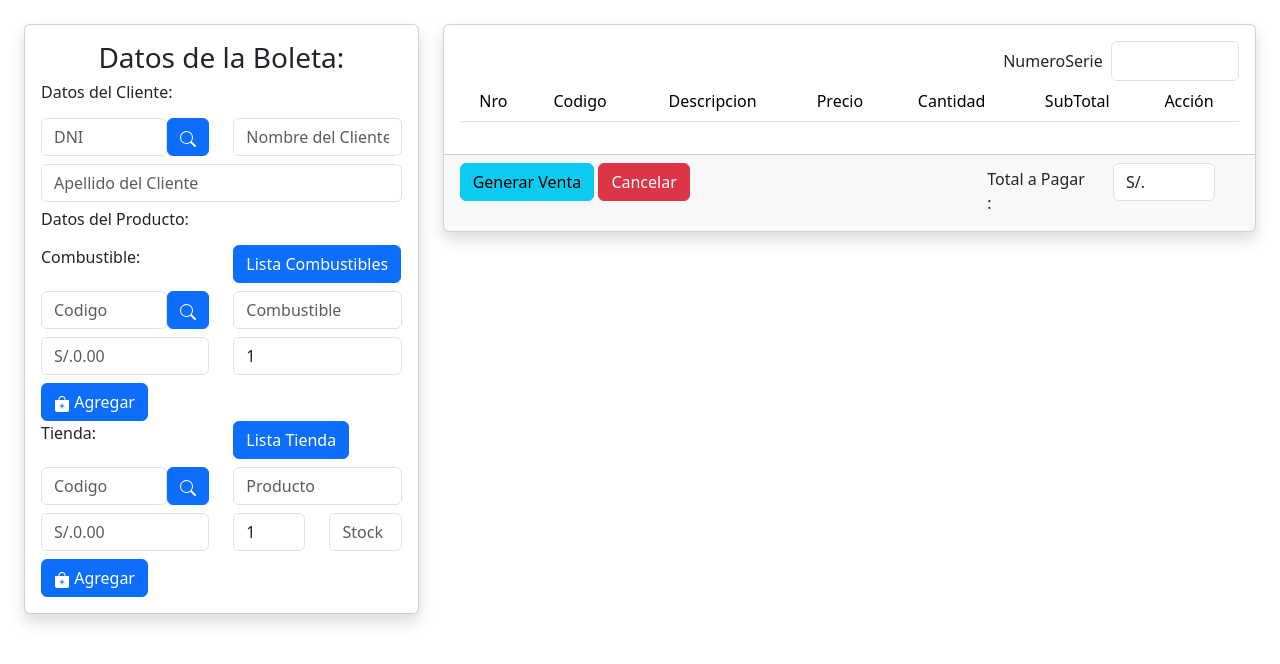
Repository: alexpool1122/evaluaciones
Page: http://localhost/Centenario2023/Ventas.jsp
The author's editor kept a copy of each file at every save. The page is drawn from the files as they stood at one save, then again after the next save.
The browser window is 1280 px wide. The pictures show the whole page.
The page is served by Tomcat 10. Other server files are loaded and not shown. The template is opened directly, without the code that normally fills it, so the values that code supplies are empty.

Above is the page before, as saved 2023-06-27 04:36:15.

### ProyectoFinal/Proyecto/Centenario2023/src/main/webapp/Ventas.jsp
<%@page import="Entidad.Empleado"%>
<%@page import="java.sql.ResultSet"%>
<%@page import="java.sql.PreparedStatement"%>
<%@page import="java.sql.DriverManager"%>
<%@page import="java.sql.Connection"%>
<%@page import="Entidad.Combustible"%>
<%@page import="java.awt.event.ItemEvent"%>
<%@page import="org.apache.tomcat.util.descriptor.tld.TldRuleSet.Variable"%>
<%@page import="org.eclipse.jdt.internal.compiler.ast.ForeachStatement"%>
<%@page import="org.apache.jasper.tagplugins.jstl.core.ForEach"%>
<%@page import="Entidad.Venta"%>
<%@page import="java.util.List"%>
<%@ page language="java" contentType="text/html; charset=ISO-8859-1"
    pageEncoding="ISO-8859-1"%>
<!DOCTYPE html>
<html>
<head>
    <meta charset="utf-8">
    <meta name="viewport" content="width=device-width, initial-scale=1">
    <title>Ventas</title>
    <link href="https://cdn.jsdelivr.net/npm/bootstrap@5.3.0-alpha3/dist/css/bootstrap.min.css" rel="stylesheet" integrity="sha384-KK94CHFLLe+nY2dmCWGMq91rCGa5gtU4mk92HdvYe+M/SXH301p5ILy+dN9+nJOZ" crossorigin="anonymous">
</head>
<body>
	<%
		Class.forName("com.mysql.jdbc.Driver");
		String url = "jdbc:mysql://localhost:3306/BDCentenario23";
		String usuario = "root";
		String clave = "mysql";
		String sql ;
		Connection cn = DriverManager.getConnection(url,usuario,clave) ;
		PreparedStatement pstm ;
		ResultSet rs ;
	%>
	<div class="m-4">
		<div class="row">
			<div class="col-4">
				<div class="card shadow">
					<div class="card-body">
						<h3 class="text-center">Datos de la Boleta:</h3>
						<form action="Controlador?menu=Venta" method="post">
							<div class="form-group row mb-2">
								<h6>Datos del Cliente:</h6>
							</div>
							<div class="form-group row mb-2">
								<div class="col-6 d-flex">
									<input type="text" class="form-control" name="txtDniCliente"id="codCliente" placeholder="DNI" value="${cliente.getDniCliente() }">
									<button type="submit" class="btn btn-primary" value="BuscarCliente" name="accion" id="buscarCliente">
										<svg xmlns="http://www.w3.org/2000/svg" width="16" height="16" fill="currentColor" class="bi bi-search" viewBox="0 0 16 16">
										  <path d="M11.742 10.344a6.5 6.5 0 1 0-1.397 1.398h-.001c.03.04.062.078.098.115l3.85 3.85a1 1 0 0 0 1.415-1.414l-3.85-3.85a1.007 1.007 0 0 0-.115-.1zM12 6.5a5.5 5.5 0 1 1-11 0 5.5 5.5 0 0 1 11 0z"/>
										</svg>
									</button>
								</div>
								<div class="col-6">
										<input type="text" class="form-control" name="txtCliente" value="${cliente.getNomCliente()}" id="nomCliente" placeholder="Nombre del Cliente">
									</div>
								<div class=" mt-2">
									<input type="text" class="form-control" name="txtCliente" value="${cliente.getApeCliente()}" id="nomCliente" placeholder="Apellido del Cliente">
								</div>
							</div>
							<div class="form-group row mb-2">
								<h6>Datos del Producto:</h6>
							</div>
							<div class="form-group row mb-2">
								<div class="col-6">
									<label>Combustible:</label>
								</div>
								<div class="col-6">
									<!-- Button trigger modal -->
									<button type="button" class="btn btn-primary" data-bs-toggle="modal" data-bs-target="#exampleModal">
									  Lista Combustibles
									</button>

									<!-- Modal -->
									<div class="modal fade" id="exampleModal" tabindex="-1" aria-labelledby="exampleModalLabel" aria-hidden="true">
									  <div class="modal-dialog">
									    <div class="modal-content">
									      <div class="modal-header">
									        <h1 class="modal-title fs-5" id="exampleModalLabel">Lista de los Combustibles</h1>
									        <button type="button" class="btn-close" data-bs-dismiss="modal" aria-label="Close"></button>
									      </div>
									      <div class="modal-body">
									        <table class="table">
												<tr>
													<td>Codigo</td>
													<td>Producto</td>
													<td>Capacidad</td>
													<td>Precio</td>
													<td>Estado</td>
												</tr>
												<%
													sql = "select * from productoCombustible";
													pstm = cn.prepareStatement(sql);
													rs = pstm.executeQuery();
													while(rs.next()){
												%>
												<tr>
														<td><%= rs.getString(1) %></td>
														<td><%= rs.getString(2) %></td>
														<td><%= rs.getDouble(3) %></td>
														<td><%= rs.getDouble(4) %></td>
														<td><%= rs.getString(5) %></td>
												</tr>
												<%} %>
											</table>
									      </div>
									      <div class="modal-footer">
									        <button type="button" class="btn btn-danger" data-bs-dismiss="modal">Cerrar</button>
									      </div>
									    </div>
									  </div>
									</div>
								</div>
							</div>
							<div class="form-group row mb-2">
								<div class="col-6 d-flex">
									<input type="text" class="form-control" name="txtCodigo" placeholder="Codigo" value="${combustible.getCodProdComb() }">
									<button type="submit" class="btn btn-primary" value="BuscarCombustible" name="accion" id="buscarCombustible">
										<svg xmlns="http://www.w3.org/2000/svg" width="16" height="16" fill="currentColor" class="bi bi-search" viewBox="0 0 16 16">
										  <path d="M11.742 10.344a6.5 6.5 0 1 0-1.397 1.398h-.001c.03.04.062.078.098.115l3.85 3.85a1 1 0 0 0 1.415-1.414l-3.85-3.85a1.007 1.007 0 0 0-.115-.1zM12 6.5a5.5 5.5 0 1 1-11 0 5.5 5.5 0 0 1 11 0z"/>
										</svg>
									</button>
								</div>
								<div class="col-6">
									<input type="text" class="form-control" name="txtCombustible" placeholder="Combustible" value="${combustible.getNomComb()}">
								</div>
							</div>
							<div class="form-group row mb-2">
								<div class="col-6">
									<input type="text" class="form-control" name="txtPrecio" id="precio" placeholder="S/.0.00" value="${combustible.getPrecio()}">
								</div>
								<div class="col-6">
									<input type="number" class="form-control" name="txtCantidad" id="cantidad" placeholder="Cantidad" value="1"  title="Ingrese un número decimal válido">
								</div>
							</div>
							<div>
								<button type="submit" class="btn btn-primary" value="AgregarCombustible" name="accion" id="agregar">
									<svg xmlns="http://www.w3.org/2000/svg" width="16" height="16" fill="currentColor" class="bi bi-bag-plus-fill" viewBox="0 0 16 16">
									  <path fill-rule="evenodd" d="M10.5 3.5a2.5 2.5 0 0 0-5 0V4h5v-.5zm1 0V4H15v10a2 2 0 0 1-2 2H3a2 2 0 0 1-2-2V4h3.5v-.5a3.5 3.5 0 1 1 7 0zM8.5 8a.5.5 0 0 0-1 0v1.5H6a.5.5 0 0 0 0 1h1.5V12a.5.5 0 0 0 1 0v-1.5H10a.5.5 0 0 0 0-1H8.5V8z"/>
									</svg>
									 Agregar
								</button>
							</div>
							<div class="form-group row mb-2">
								<div class="col-6">
									<label>Tienda:</label>
								</div>
								<div class="col-6">
									<button type="button" class="btn btn-primary" data-bs-toggle="modal" data-bs-target="#listaTienda">
									  Lista Tienda
									</button>
									<!-- Modal -->
									<div class="modal fade" id="listaTienda" tabindex="-1" aria-labelledby="exampleModalLabel" aria-hidden="true">
									  <div class="modal-dialog">
									    <div class="modal-content">
									      <div class="modal-header">
									        <h1 class="modal-title fs-5" id="exampleModalLabel">Lista de los Productos</h1>
									        <button type="button" class="btn-close" data-bs-dismiss="modal" aria-label="Close"></button>
									      </div>
									      <div class="modal-body">
									        <table class="table">
												<tr>
													<td>Codigo</td>
													<td>Producto</td>
													<td>Precio</td>
													<td>Stock</td>
												</tr>
												<%
													sql = "select * from productoTienda";
													pstm = cn.prepareStatement(sql);
													rs = pstm.executeQuery();
													while(rs.next()){
												%>
												<tr>
														<td><%= rs.getString(1) %></td>
														<td><%= rs.getString(2) %></td>
														<td><%= rs.getDouble(5) %></td>
														<td><%= rs.getInt(6) %></td>
												</tr>
												<%} %>
											</table>
									      </div>
									      <div class="modal-footer">
									        <button type="button" class="btn btn-danger" data-bs-dismiss="modal">Cerrar</button>
									      </div>
									    </div>
									  </div>
									</div>
								</div>
							</div>
							<div class="form-group row mb-2">
								<div class="col-6 d-flex">
									<input type="text" class="form-control" name="txtCodPro" id="codProducto" placeholder="Codigo" value="${producto.getCodProdTie()}">
									<button type="submit" class="btn btn-primary" value="BuscarProducto" name="accion" id="buscarProducto">
										<svg xmlns="http://www.w3.org/2000/svg" width="16" height="16" fill="currentColor" class="bi bi-search" viewBox="0 0 16 16">
										  <path d="M11.742 10.344a6.5 6.5 0 1 0-1.397 1.398h-.001c.03.04.062.078.098.115l3.85 3.85a1 1 0 0 0 1.415-1.414l-3.85-3.85a1.007 1.007 0 0 0-.115-.1zM12 6.5a5.5 5.5 0 1 1-11 0 5.5 5.5 0 0 1 11 0z"/>
										</svg>
									</button>
								</div>
								<div class="col-6">
									<input type="text" class="form-control" name="txtProducto" id="nomProducto" placeholder="Producto" value="${producto.getNomProdTie()}">
								</div>
							</div>
							<div class="form-group row mb-2">
								<div class="col-6">
									<input type="text" class="form-control" name="txtPrecioProducto" id="precio" placeholder="S/.0.00" value="${producto.getPrecio()}">
								</div>
								<div class="col-3">
									<input type="number" class="form-control" name="txtCantidadProducto" id="cantidad" placeholder="Cant" value="1">
								</div>
								<div class="col-3">
									<input type="text" class="form-control" name="txtStock" id="stockProducto" placeholder="Stock" value="${producto.getStock()}">
								</div>
							</div>
							<div>
								<button type="submit" class="btn btn-primary" value="AgregarProducto" name="accion" id="agregar">
									<svg xmlns="http://www.w3.org/2000/svg" width="16" height="16" fill="currentColor" class="bi bi-bag-plus-fill" viewBox="0 0 16 16">
									  <path fill-rule="evenodd" d="M10.5 3.5a2.5 2.5 0 0 0-5 0V4h5v-.5zm1 0V4H15v10a2 2 0 0 1-2 2H3a2 2 0 0 1-2-2V4h3.5v-.5a3.5 3.5 0 1 1 7 0zM8.5 8a.5.5 0 0 0-1 0v1.5H6a.5.5 0 0 0 0 1h1.5V12a.5.5 0 0 0 1 0v-1.5H10a.5.5 0 0 0 0-1H8.5V8z"/>
									</svg>
									 Agregar
								</button>
							</div>
						</form>
					</div>
				</div>
			</div>
			<div class="col-8">
				<div class="card shadow">
					<div class="card-body">
						<div class="row">
							<div class="col-8"></div>
							<div class="col-4 d-flex">
								<label class="m-2">NumeroSerie</label>
								<input type="text" class="form-control" value="${nSerie}">
							</div>
						</div>
						<table class="table">
							<tr class="text-center">
								<td>Nro</td>
								<td>Codigo</td>
								<td>Descripcion</td>
								<td>Precio</td>
								<td>Cantidad</td>
								<td>SubTotal</td>
								<td>Acción</td>
							</tr>
							<%
								List<Venta> listaVenta = (List<Venta>) request.getAttribute("ListaVenta");
								if(listaVenta != null){
									for(Venta venta:listaVenta){
							%>
							<tr class="text-center">
								<td><%= venta.getItem() %></td>
								<td><%= venta.getCodProdTie() != null ? venta.getCodProdTie() : venta.getCodProdComb() %></td>
								<td><%= venta.getDescripcion() %></td>
								<td><%= venta.getPrecio() %></td>
								<td><%= venta.getCantidad() %></td>
								<td><%= venta.getSubTotal() %></td>
								<td class="text-center">
									<a href="#" class="btn btn-warning">
										<svg xmlns="http://www.w3.org/2000/svg" width="16" height="16" fill="currentColor" class="bi bi-pencil-square" viewBox="0 0 16 16">
										  <path d="M15.502 1.94a.5.5 0 0 1 0 .706L14.459 3.69l-2-2L13.502.646a.5.5 0 0 1 .707 0l1.293 1.293zm-1.75 2.456-2-2L4.939 9.21a.5.5 0 0 0-.121.196l-.805 2.414a.25.25 0 0 0 .316.316l2.414-.805a.5.5 0 0 0 .196-.12l6.813-6.814z"/>
										  <path fill-rule="evenodd" d="M1 13.5A1.5 1.5 0 0 0 2.5 15h11a1.5 1.5 0 0 0 1.5-1.5v-6a.5.5 0 0 0-1 0v6a.5.5 0 0 1-.5.5h-11a.5.5 0 0 1-.5-.5v-11a.5.5 0 0 1 .5-.5H9a.5.5 0 0 0 0-1H2.5A1.5 1.5 0 0 0 1 2.5v11z"/>
										</svg>
									</a>
									<a href="#" class="btn btn-danger">
										<svg xmlns="http://www.w3.org/2000/svg" width="16" height="16" fill="currentColor" class="bi bi-trash" viewBox="0 0 16 16">
										  <path d="M5.5 5.5A.5.5 0 0 1 6 6v6a.5.5 0 0 1-1 0V6a.5.5 0 0 1 .5-.5Zm2.5 0a.5.5 0 0 1 .5.5v6a.5.5 0 0 1-1 0V6a.5.5 0 0 1 .5-.5Zm3 .5a.5.5 0 0 0-1 0v6a.5.5 0 0 0 1 0V6Z"/>
										  <path d="M14.5 3a1 1 0 0 1-1 1H13v9a2 2 0 0 1-2 2H5a2 2 0 0 1-2-2V4h-.5a1 1 0 0 1-1-1V2a1 1 0 0 1 1-1H6a1 1 0 0 1 1-1h2a1 1 0 0 1 1 1h3.5a1 1 0 0 1 1 1v1ZM4.118 4 4 4.059V13a1 1 0 0 0 1 1h6a1 1 0 0 0 1-1V4.059L11.882 4H4.118ZM2.5 3h11V2h-11v1Z"/>
										</svg>
									</a>
								</td>
							</tr>
							<%		}
								}%>

								<%
								List<Venta> listaVentaC = (List<Venta>) request.getAttribute("ListaVentaC");
								if(listaVentaC != null){
									for(Venta ventaC:listaVentaC){
							%>
							<tr class="text-center">
								<td><%= ventaC.getItem() %></td>
								<td><%= ventaC.getCodProdComb() != null ? ventaC.getCodProdComb() : ventaC.getCodProdTie() %></td>
								<td><%= ventaC.getDescripcion() %></td>
								<td><%= ventaC.getPrecio() %></td>
								<td><%= ventaC.getCantidad() %></td>
								<td><%= ventaC.getSubTotal() %></td>
								<td class="text-center">
									<a href="#" class="btn btn-warning">
										<svg xmlns="http://www.w3.org/2000/svg" width="16" height="16" fill="currentColor" class="bi bi-pencil-square" viewBox="0 0 16 16">
										  <path d="M15.502 1.94a.5.5 0 0 1 0 .706L14.459 3.69l-2-2L13.502.646a.5.5 0 0 1 .707 0l1.293 1.293zm-1.75 2.456-2-2L4.939 9.21a.5.5 0 0 0-.121.196l-.805 2.414a.25.25 0 0 0 .316.316l2.414-.805a.5.5 0 0 0 .196-.12l6.813-6.814z"/>
										  <path fill-rule="evenodd" d="M1 13.5A1.5 1.5 0 0 0 2.5 15h11a1.5 1.5 0 0 0 1.5-1.5v-6a.5.5 0 0 0-1 0v6a.5.5 0 0 1-.5.5h-11a.5.5 0 0 1-.5-.5v-11a.5.5 0 0 1 .5-.5H9a.5.5 0 0 0 0-1H2.5A1.5 1.5 0 0 0 1 2.5v11z"/>
										</svg>
									</a>
									<a href="#" class="btn btn-danger">
										<svg xmlns="http://www.w3.org/2000/svg" width="16" height="16" fill="currentColor" class="bi bi-trash" viewBox="0 0 16 16">
										  <path d="M5.5 5.5A.5.5 0 0 1 6 6v6a.5.5 0 0 1-1 0V6a.5.5 0 0 1 .5-.5Zm2.5 0a.5.5 0 0 1 .5.5v6a.5.5 0 0 1-1 0V6a.5.5 0 0 1 .5-.5Zm3 .5a.5.5 0 0 0-1 0v6a.5.5 0 0 0 1 0V6Z"/>
										  <path d="M14.5 3a1 1 0 0 1-1 1H13v9a2 2 0 0 1-2 2H5a2 2 0 0 1-2-2V4h-.5a1 1 0 0 1-1-1V2a1 1 0 0 1 1-1H6a1 1 0 0 1 1-1h2a1 1 0 0 1 1 1h3.5a1 1 0 0 1 1 1v1ZM4.118 4 4 4.059V13a1 1 0 0 0 1 1h6a1 1 0 0 0 1-1V4.059L11.882 4H4.118ZM2.5 3h11V2h-11v1Z"/>
										</svg>
									</a>
								</td>
							</tr>
							<%		}
								}%>
						</table>
					</div>
					<div class="card-footer">
						<div class="row">
							<div class="col-6">
								<input class="btn btn-info" type="submit" value="Generar Venta" name="agregar" id="agregar">
								<input class="btn btn-danger" type="submit" value="Cancelar" name="agregar" id="Cancelar">
							</div>
							<div class="col-6 row">
								<div class="col-4"></div>
								<div class="col-4 d-flex">
									<label class="form-label w-100 mt-1">Total a Pagar :</label>
								</div>
								<div class="col-4">
									<input type="text" class="form-control" value="S/. ${TotalPagar}">
								</div>
							</div>
						</div>
					</div>
				</div>
			</div>
		</div>
	</div>
	<script src="https://cdn.jsdelivr.net/npm/bootstrap@5.3.0-alpha3/dist/js/bootstrap.bundle.min.js" integrity="sha384-ENjdO4Dr2bkBIFxQpeoTz1HIcje39Wm4jDKdf19U8gI4ddQ3GYNS7NTKfAdVQSZe" crossorigin="anonymous"></script>
</body>
</html>

After the next save:
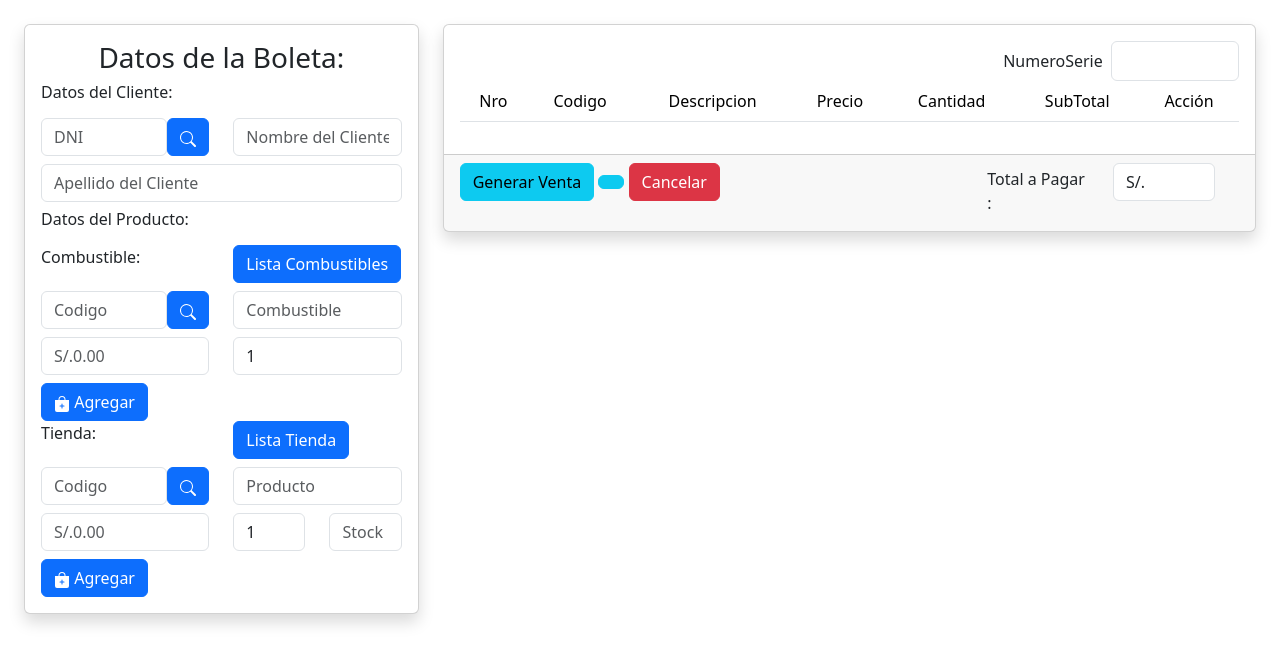
Saved 24 h 19 min later.
--- a/ProyectoFinal/Proyecto/Centenario2023/src/main/webapp/Ventas.jsp
+++ b/ProyectoFinal/Proyecto/Centenario2023/src/main/webapp/Ventas.jsp
@@ -307,7 +307,8 @@
 					<div class="card-footer">
 						<div class="row">
 							<div class="col-6">
-								<input class="btn btn-info" type="submit" value="Generar Venta" name="agregar" id="agregar">
+								<a href="Controlador?menu=Venta&accion=GenerarVenta" class="btn btn-info">Generar Venta</a>
+								<button class="btn btn-info" type="submit" value="GenerarVenta" name="agregar" id="agregar"></button>
 								<input class="btn btn-danger" type="submit" value="Cancelar" name="agregar" id="Cancelar">
 							</div>
 							<div class="col-6 row">
